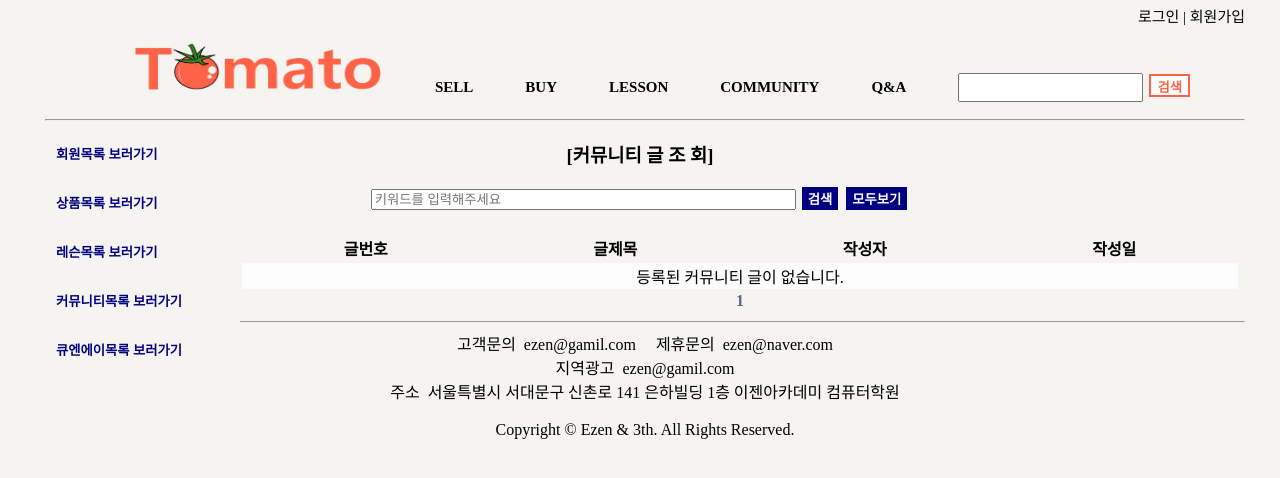
Repository: javadogfoot/semi-project
Page: http://localhost/tomato/admin/communityListAll_admin.jsp
An editor plug-in stored every save of this project. The page is shown before and after the next save, followed by the edit.
The browser window is 1280 px wide. The pictures show the whole page.
The page is served by Tomcat 9. Queries for data that is not in the repository find no rows.

Above is the page before, as saved 2021-10-19 01:41:47.

After the next save:
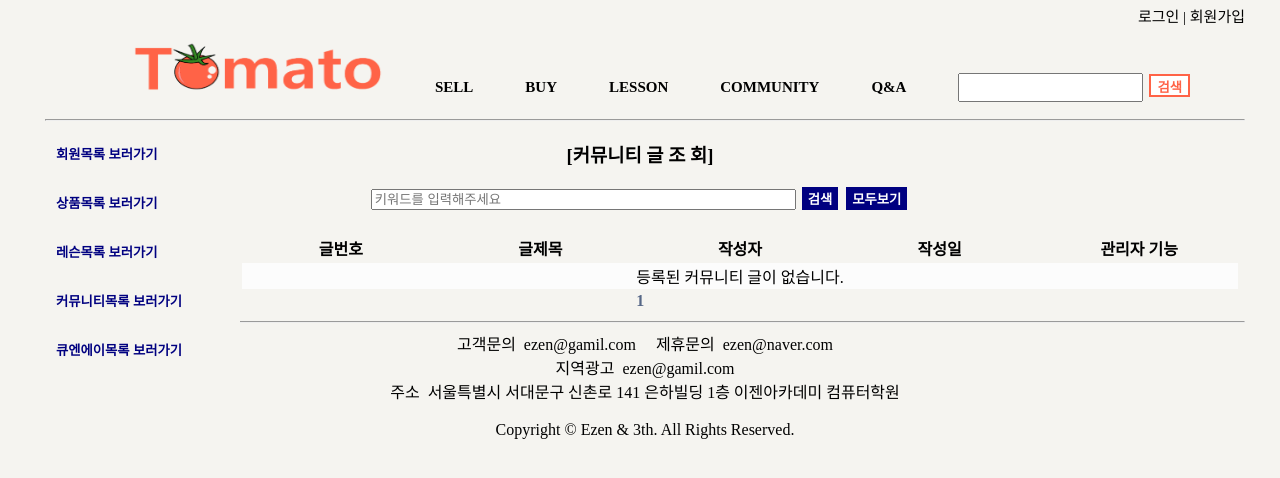
Saved 7 min 54 s later.
--- a/semi프로젝트워크스페이스/tomato/src/main/webapp/admin/communityListAll_admin.jsp
+++ b/semi프로젝트워크스페이스/tomato/src/main/webapp/admin/communityListAll_admin.jsp
@@ -152,6 +152,7 @@ if(cp%pageSize==0)userGroup--;
                <th>글제목</th>
                <th>작성자</th>
                <th>작성일</th>
+               <th>관리자 기능</th>
             </tr>
          </thead>
          <tfoot>
